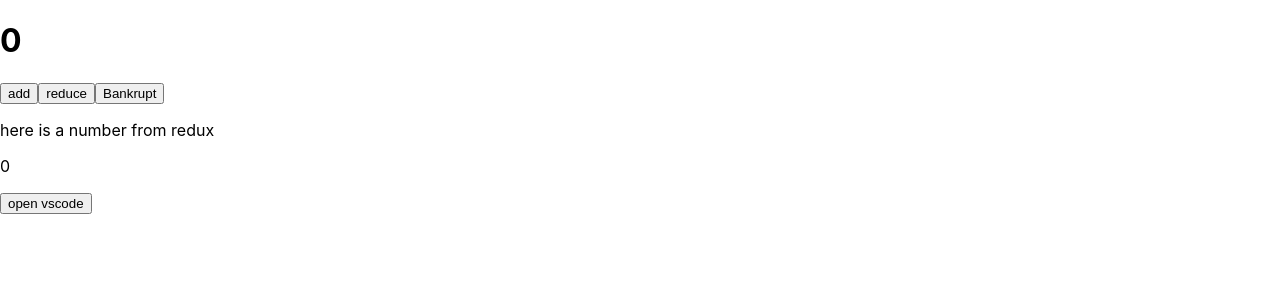
Repository: firefly-yy/react-projects
Page: / (app in 2022/react-redux-ts/)
An editor plug-in stored every save of this project. The page is shown before and after the next save, followed by the edit.
The browser window is 1280 px wide. The pictures show the whole page.
The project was rebuilt for these pictures with package versions that can differ from the ones it lists, and the page was loaded fresh each time. Also part of the build but not shown: 2022/react-redux-ts/src/App.css.

Above is the page before, as saved 2022-01-11 09:14:09.

After the next save:
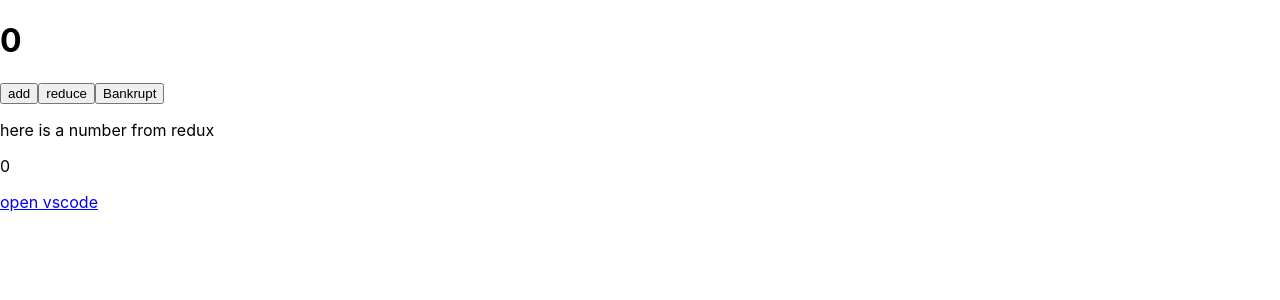
Saved 28 s later.
--- a/2022/react-redux-ts/src/App.tsx
+++ b/2022/react-redux-ts/src/App.tsx
@@ -39,7 +39,7 @@ function App() {
         Bankrupt
       </button>
       <Test />
-      <button>open vscode</button>
+      <a href="imou://">open vscode</a>
     </div>
   );
 }
